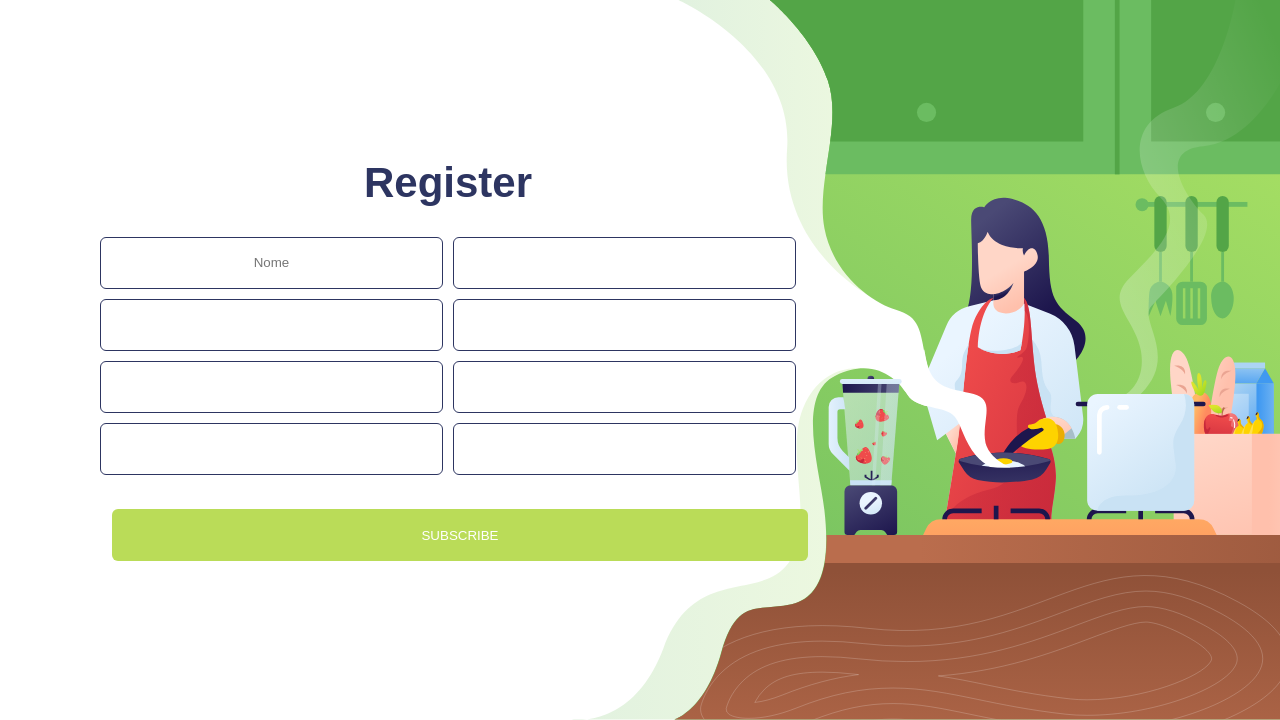
Repository: LuccaCasalecchi/HealthyFood
Page: /register
An editor plug-in stored every save of this project. The page is shown before and after the next save, followed by the edit.
The browser window is 1280 px wide. The pictures show the whole page.
The project was rebuilt for these pictures with package versions that can differ from the ones it lists, and the page was loaded fresh each time. Also part of the build but not shown: src/components/Header/Header.css, src/components/Header/Header.jsx, src/components/Main/Main.css, src/components/Main/Main.jsx, src/components/Card/Card.css, src/components/Card/Card.jsx, src/components/Recipes/Recipes.css, src/components/Recipes/Recipes.jsx and 11 more.

Above is the page before, as saved 2021-08-20 21:51:48.

After the next save:
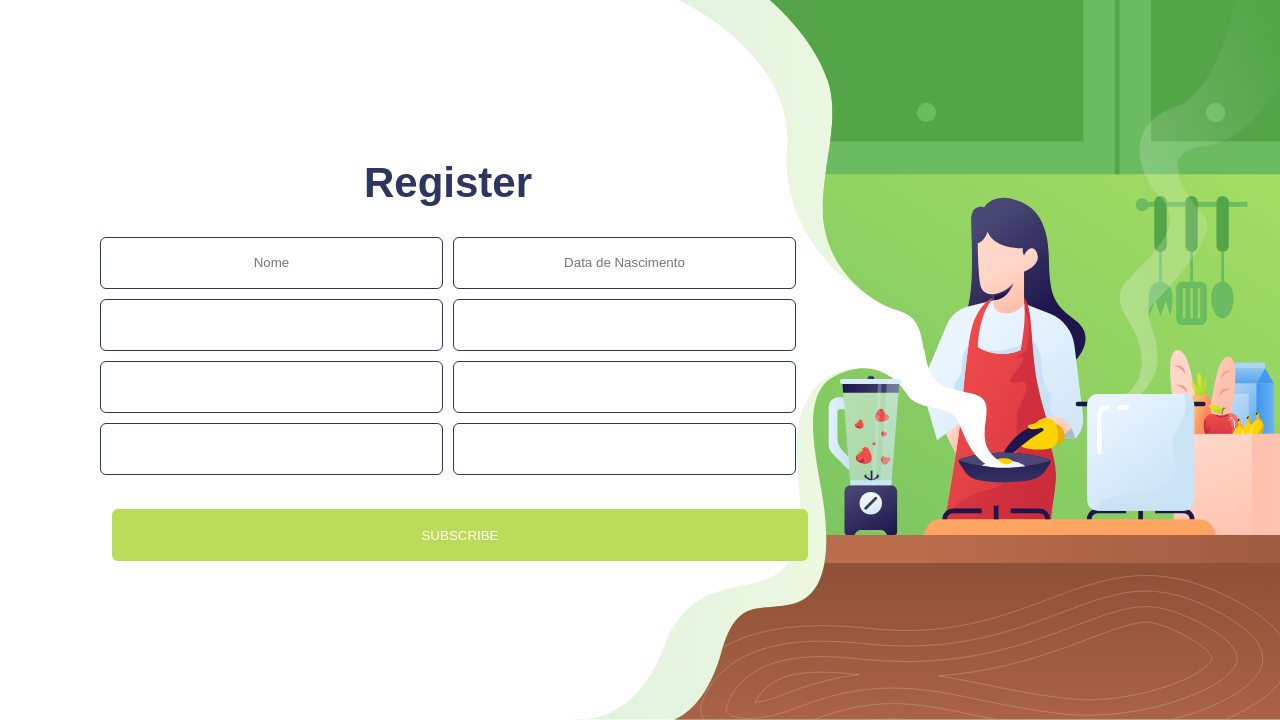
Saved 26 s later.
--- a/src/pages/Register/Register.jsx
+++ b/src/pages/Register/Register.jsx
@@ -11,7 +11,7 @@ export default function Register() {
         <h1>Register</h1>
         <form>
           <Input placeholderProp = "Nome" />
-          <Input />
+          <Input placeholderProp = "Data de Nascimento"  />
           <Input />
           <Input />
           <Input />
